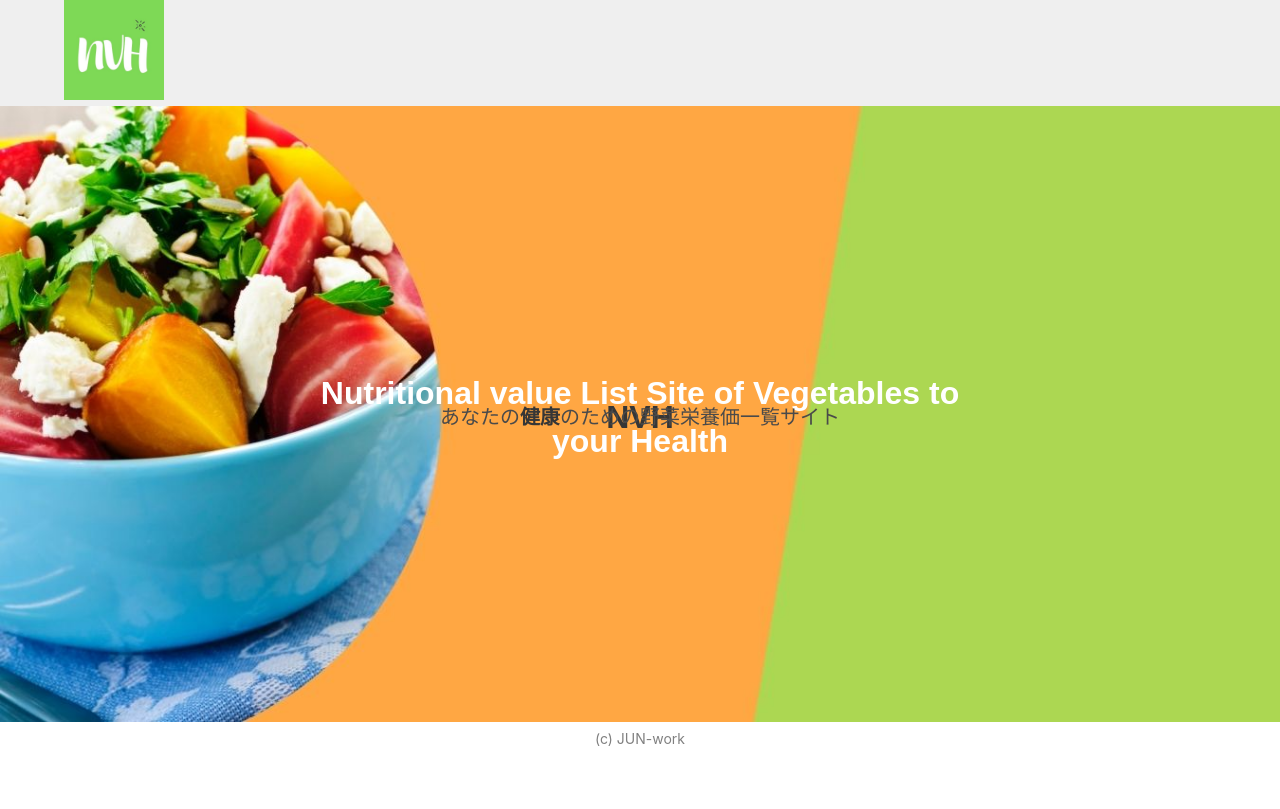
Repository: JUN-work/NVH
Page: http://localhost/www/html/index.php
The author's editor kept a copy of each file at every save. The page is drawn from the files as they stood at one save, then again after the next save.
The browser window is 1280 px wide. The pictures show the whole page.
Some web libraries are served in a nearby version. The page is run by PHP 8.4 with error messages shown; the project is at /var/www/html/.

Above is the page before, as saved 2021-01-02 10:12:10.

### www/html/index.php
<?php

$title = '';
include('./common_php/_header.php');

?>

  <section class="main-title">
    <!-- <div class="container"> -->
		<img src="img/NVH-TOP.jpg" alt="TOP-img">
    <h1 class="title">
      NVH
	  </h1>
	  <h2 class="title2">
	  Nutritional value List Site of Vegetables to your Health
	  </h2>
      <p class="subtitle">
	  	あなたの<strong>健康</strong>のための野菜栄養価一覧サイト
      </p>
  </section>

<?php

include('./common_php/_footer.php');

### www/html/common_php/_header.php
<!DOCTYPE html>
<html lang="ja">
<head>
<meta charset="utf-8">
  <meta name="viewport" content="width=device-width, initial-scale=1">
  <title>NVH</title>
  <link rel="icon" href="/img/NVH-icon.jpg" />
  <link rel="apple-touch-icon" sizes="180x180" href="/img/NVH-icon.jpg">
  <link rel="icon" type="image/png" href="/img/NVH-icon.jpg" sizes="192x192">
  <link rel="stylesheet" href="css/common.css">
  <link rel="stylesheet" href="https://cdn.jsdelivr.net/npm/bulma@0.9.1/css/bulma.min.css">
	<script defer src="https://use.fontawesome.com/releases/v5.14.0/js/all.js"></script>
</head>
<body>
  <header>
    <div class="container">
      <div class="logo">
        <img src="img/NVH-logo.jpg" width="100" height="100" alt="NVHのロゴです">
      </div>
    </div>
  </header>

<section class="main">

### www/html/common_php/_footer.php
</section>

  <footer>
    <p>(c) JUN-work</p>
  </footer>
</body>
</html>

### www/html/css/common.css
body{
    color: #333;
    font-family: Verdana, sans-serif;
    margin: 0;
  }

header{
    background-color: #efefef;
    margin:0;
    padding:0;
    align-items: center;
}

/*.container {
    background-color: pink;
    width: 400px;
    margin-left: auto;
    margin-right: auto;
    display: flex;
    align-items: center;
}*/

.main-title {/*親section*/
    position: relative;/*相対配置*/
}

.main-title img {
    width: 100%;
}

.title ,.title2 ,.subtitle{
    position: absolute;/*絶対配置*/
    display: inline-block;
    top: 50%;
    left: 50%;
    -ms-transform: translate(-50%,-50%);
    -webkit-transform: translate(-50%,-50%);
    transform: translate(-50%,-50%);
    margin:0;
    padding:0;
    color: white;/*文字は白に*/
    font-weight: bold; /*太字に*/
    font-size: 2em;/*サイズ2倍*/
    text-align:center;
    font-family :Quicksand, sans-serif;/*Google Font*/
}

footer p {
text-align: center;
font-size: 14px;
margin-bottom: 60px;
color: gray;
}

After the next save:
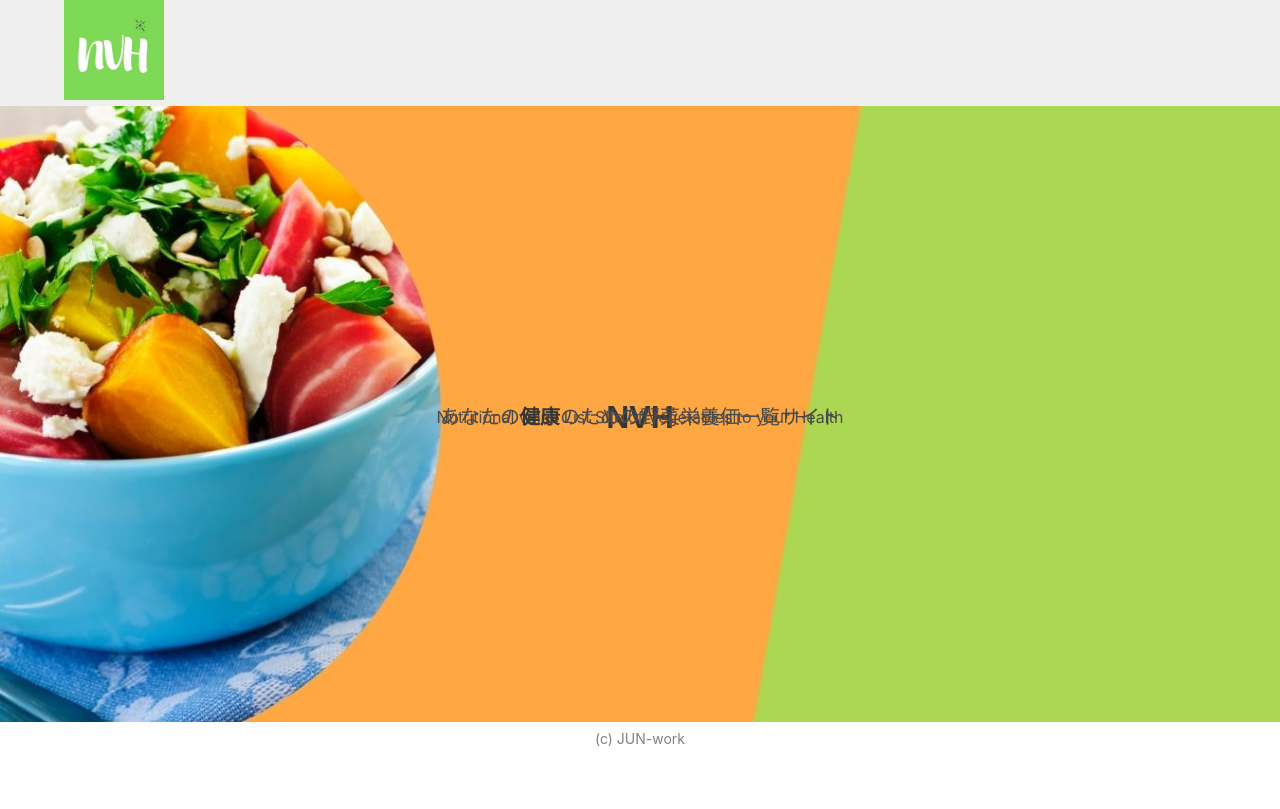
Saved 28 min 30 s later.
--- a/www/html/css/common.css
+++ b/www/html/css/common.css
@@ -28,9 +28,8 @@
     width: 100%;
 }
 
-.title ,.title2 ,.subtitle{
+.title /*,.title2 ,.subtitle*/{
     position: absolute;/*絶対配置*/
-    display: inline-block;
     top: 50%;
     left: 50%;
     -ms-transform: translate(-50%,-50%);
@@ -45,6 +44,16 @@
     font-family :Quicksand, sans-serif;/*Google Font*/
 }
 
+.title2 ,.subtitle {
+    position: absolute;/*絶対配置*/
+    display: inline-block;
+    top: 50%;
+    left: 50%;
+    -ms-transform: translate(-50%,-50%);
+    -webkit-transform: translate(-50%,-50%);
+    transform: translate(-50%,-50%);
+}
+
 footer p {
 text-align: center;
 font-size: 14px;
